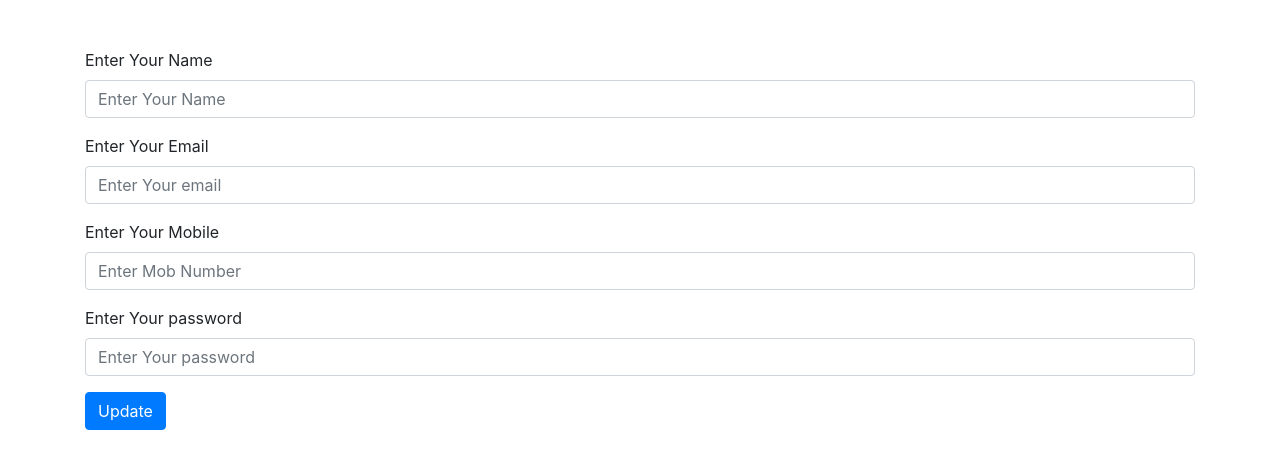
Repository: AMIT1439027/crud-app
Page: http://localhost/update.php
The author's editor kept a copy of each file at every save. The page is drawn from the files as they stood at one save, then again after the next save.
The browser window is 1280 px wide. The pictures show the whole page.
The page is run by PHP 8.4 with error messages shown; the project is at /var/www/html/.

Above is the page before, as saved 2024-04-25 11:01:11.

After the next save:
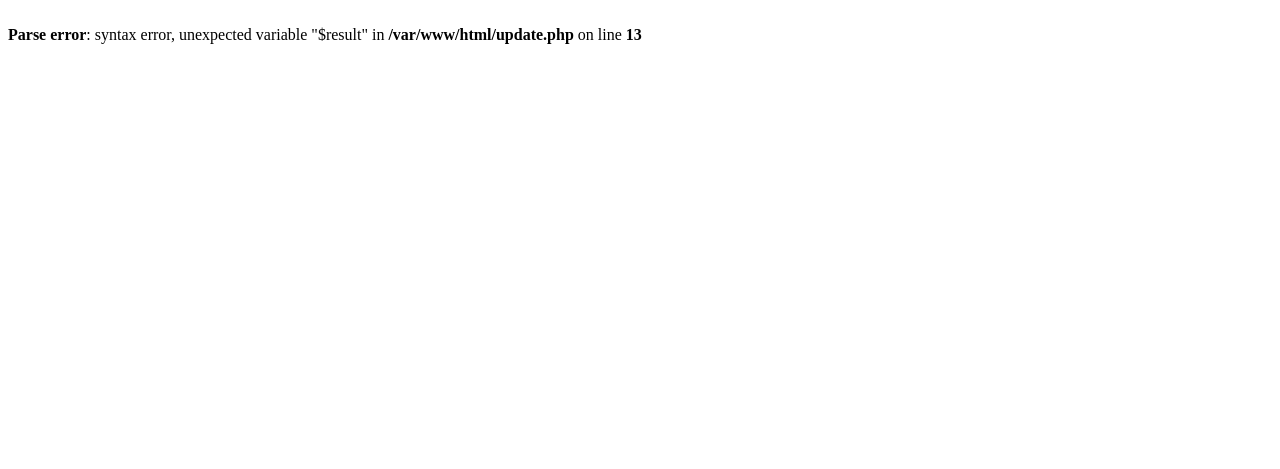
Saved 4 s later.
--- a/update.php
+++ b/update.php
@@ -9,7 +9,7 @@ if(isset($_POST['submit'])) {
 
     // $sql = "insert `crud` (name,email, mobile,password) values('$name','$email', '$mobile','$password')";
 
-     $sql =
+     $sql = "update "
     $result = mysqli_query($con,  $sql);
 
     if($result){
